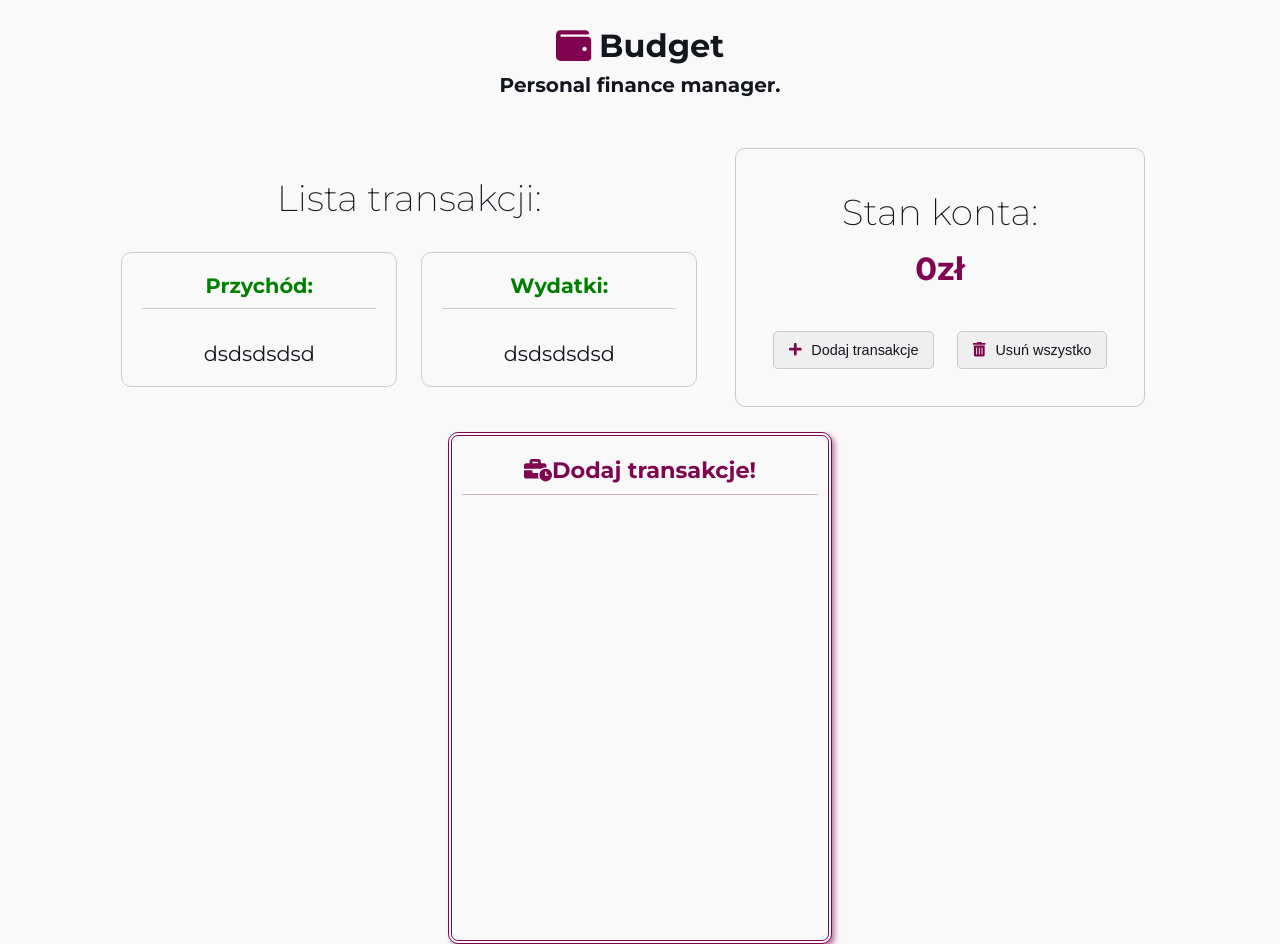
Repository: KrzysKolo/sr_tydzien4_zad4
Page: /
An editor plug-in stored every save of this project. The page is shown before and after the next save, followed by the edit.
The browser window is 1280 px wide. The pictures show the whole page.
Some web libraries are served in a nearby version. The project was rebuilt for these pictures with package versions that can differ from the ones it lists, and the page was loaded fresh each time.

Above is the page before, as saved 2020-11-30 10:47:35.

### public/index.html
<!DOCTYPE html>
<html lang="en">
  <head>
    <meta charset="utf-8" />
    <link rel="icon" href="%PUBLIC_URL%/favicon.ico" />
    <meta name="viewport" content="width=device-width, initial-scale=1" />
    <meta name="theme-color" content="#000000" />
    <meta
      name="description"
      content="Web site created using create-react-app"
    />
    <link rel="apple-touch-icon" href="%PUBLIC_URL%/logo192.png" />
    <!--
      manifest.json provides metadata used when your web app is installed on a
      user's mobile device or desktop. See https://developers.google.com/web/fundamentals/web-app-manifest/
    -->
    <link rel="manifest" href="%PUBLIC_URL%/manifest.json" />
    <!--
      Notice the use of %PUBLIC_URL% in the tags above.
      It will be replaced with the URL of the `public` folder during the build.
      Only files inside the `public` folder can be referenced from the HTML.

      Unlike "/favicon.ico" or "favicon.ico", "%PUBLIC_URL%/favicon.ico" will
      work correctly both with client-side routing and a non-root public URL.
      Learn how to configure a non-root public URL by running `npm run build`.
    -->
    <link
      href="https://fonts.googleapis.com/css?family=Montserrat:200,400,700&display=swap&subset=latin-ext"
      rel="stylesheet"
    />
    <script
      src="https://kit.fontawesome.com/327a0d490c.js"
      crossorigin="anonymous"
    ></script>
    <title>Budget</title>
  </head>
  <body>
    <noscript>You need to enable JavaScript to run this app.</noscript>
    <div id="root"></div>
    <!--
      This HTML file is a template.
      If you open it directly in the browser, you will see an empty page.

      You can add webfonts, meta tags, or analytics to this file.
      The build step will place the bundled scripts into the <body> tag.

      To begin the development, run `npm start` or `yarn start`.
      To create a production bundle, use `npm run build` or `yarn build`.
    -->
  </body>
</html>

### src/App.js
import React from 'react';
import Budget from './components/Budget'

const App = () => {
  return (
    <>
      <Budget/>
    </>
  )
}

export default App;

### src/components/Budget.js
import React from 'react';
import Header from './budgetComponents/Header';
import Section from './budgetComponents/Section';
import SectionInfo from './budgetComponents/SectionInfo';
import H2 from './budgetComponents/sectionComponents/H2';
import Form from './budgetComponents/Form';
import styled, { createGlobalStyle } from 'styled-components';

const GlobalStyle = createGlobalStyle`
    * {
        padding: 0;
        margin: 0;
        box-sizing: border-box;
    }
    body {
        background-color: #f9f9f9;
        color: #14161f;
        font-family: "Montserrat", sans-serif;
        font-size: 16px;
        min-height: 100vh;
    }
    `;
const Container = styled.main`
    font-size: 1.5rem;
`;
const SectionContainer = styled.section`
    display: flex;
    flex-direction: row;
    justify-content: center;
    align-items: center;
`;
const SectionBudget = styled.section`
    display: flex;
    flex-direction: column;
    justify-content: center;
    align-items: center;
`;
const DivItems = styled.div`
    display: flex;
    flex-direction: row;
    justify-content: center;
    align-items: center;

`;
const Budget = () => {
    return (
        <>
            <GlobalStyle />
            <Container>
                <Header />
                <SectionContainer>
                    <SectionBudget>
                        <H2 title={"Lista transakcji"} />
                        <DivItems>
                            <Section title={"Przychód"} label={"p"}/>
                            <Section title={"Wydatki"}/>
                        </DivItems>
                    </SectionBudget>
                    <SectionInfo title={"Stan konta"}/>
                </SectionContainer>
            </Container>
            <Form />
        </>
    )
}

export default Budget;

### src/components/budgetComponents/Header.js
import React from 'react';
import styled from 'styled-components';
import { FontAwesomeIcon } from '@fortawesome/react-fontawesome';
import { faWallet } from '@fortawesome/free-solid-svg-icons';

const SectionHeader = styled.header`
    align-items: center;
    color: rgb(127, 5, 80);
    display: flex;
    font-size: 2.2rem;
    flex-direction: column;
    justify-content: center;
    padding: 2%;
`;
const DivHeader = styled.div`
    align-items: center;
    display: flex;
    flex-direction: row;
    justify-content: center;
    margin-bottom: 0.5rem;
`;
const H1Header = styled.h1`
    color: #14161f;
    font-size: 2rem;
    margin-left: .5rem;
`;
const H2Header = styled.h2`
    color: #14161f;
    font-size: 1.25rem;
`;
const Header = () => {
    return (
        <SectionHeader>
            <DivHeader>
                <FontAwesomeIcon icon={faWallet}/>
                <H1Header>Budget</H1Header>
            </DivHeader>
            <H2Header>Personal finance manager.</H2Header>
        </SectionHeader>
    )
}

export default Header;

### src/components/budgetComponents/Section.js
import React from 'react';
import H1 from './sectionComponents/H1';
import styled from 'styled-components';

const SectionWrapper = styled.section`
    border: 1px solid #ccc;
    border-radius: 10px;
    display: flex;
    flex-direction: column;
    font-size: 1.3rem;
    justify-content: center;
    align-items: center;
    margin: 2%;
    padding: 20px;
    width: 300px;
`;
const Section = ({ title, label }) => {
    return (
        <SectionWrapper>
           <H1 title={title} label={label}> </H1>
           <p>dsdsdsdsd</p>
        </SectionWrapper>
    )
}

export default Section;

### src/components/budgetComponents/SectionInfo.js
import React from 'react';
import H2 from './sectionComponents/H2';
import P from './sectionComponents/P';
import Button from './../budgetComponents/buttons/Button';
import styled from 'styled-components';
import { FontAwesomeIcon } from '@fortawesome/react-fontawesome';
import { faEllipsisV, faHeart, faPlus,  faTrashAlt, faShareAlt, faAngleDown } from '@fortawesome/free-solid-svg-icons';
const SectionWrapper = styled.section`
    border: 1px solid #ccc;
    border-radius: 10px;
    display: flex;
    flex-direction: column;
    margin: 2vw;
    padding: 2%;
`;
const ButtonWrapper = styled.div`
    display: flex;
    flex-direction: row;
`;
const Section = ({ title }) => {
    return (
        <SectionWrapper>
           <H2 title={title}> </H2>
           <P />
           <ButtonWrapper>
                <Button title={"Dodaj transakcje"} icons={faPlus} type="submit"/>
                <Button title={"Usuń wszystko"} icons={faTrashAlt} type="submit"/>

           </ButtonWrapper>
        </SectionWrapper>
    )
}

export default Section;

### src/components/budgetComponents/sectionComponents/H2.js
import React from 'react'
import styled from 'styled-components';

const TitleH2 = styled.h2`
    font-weight: 200;
    margin: 2% auto;
    padding: 0.5rem;
`;

const H2 = ({title}) => {
    return (
        <TitleH2>
            {title}:
        </TitleH2>
    )
}

export default H2;

### src/components/budgetComponents/Form.js
import React from 'react';
import Header from './formComponents/Header';
import styled, { createGlobalStyle }from 'styled-components';
import { faBusinessTime} from '@fortawesome/free-solid-svg-icons';

const FormWrapper = styled.form`
    background-color: #f9f9f9;
    border: 4px double rgb(127, 5, 80);
    border-radius: 10px;
    box-shadow: 3px 3px 5px rgba(127, 5, 80, 0.5);
    color: rgb(127, 5, 80);
    height: 40vw;
    margin: 0 auto;
    padding: 10px;
    width: 30vw;
`;

const Form = () => {
    return (
        <FormWrapper>
            <Header icons={faBusinessTime} title={"Dodaj transakcje!"} />
        </FormWrapper>
    )
}

export default Form;

### src/components/budgetComponents/sectionComponents/H1.js
import React from 'react'
import styled from 'styled-components';

const TitleH1 = styled.h1`
    border-bottom: 1px solid #ccc;
    color: ${label => label ? 'green' : 'red'};
    margin-bottom: 2rem;
    padding-bottom: 10px;
    display: block;
    width: 100%;
    text-align: center;
`;

const H1 = ({title, label}) => {
    return (
        <TitleH1>
            {title}:
        </TitleH1>
    )
}

export default H1;

### src/components/budgetComponents/sectionComponents/P.js
import React from 'react';
import styled from 'styled-components';

const InfoP = styled.p`
    color: rgb(127, 5, 80);
    font-size: 2rem;
    font-weight: bold;
    width: 100%auto;
    text-align: center;
    padding-bottom: 2rem;
`;

const P = () => {
    return (
        <InfoP>
            0zł
        </InfoP>
    )
}

export default P;

### src/components/budgetComponents/buttons/Button.js
import React from 'react';
import styled from 'styled-components';
import { FontAwesomeIcon } from '@fortawesome/react-fontawesome';

const ButtonDiv = styled.button`
    border: 1px solid #ccc;
    border-radius: 5px;
    margin: 0.7rem;
    padding: 10px 15px;
    display: flex;
    flex-direction: row;
    color: rgb(127, 5, 80);
    font-size: 0.9rem;
    cursor: pointer;
    transition: 0.3s ease-in-out;
    &:hover {
        border: 1px solid rgba(127, 5, 80, 0.4);
        background-color:  #f9f9f9;
        color: rgba(127, 5, 80, 0.5);
    }
`;
const ButtonTitleDiv = styled.div`
    margin-left: 10px;
    color: #14161f;
`;
const Button = ({ title, icons }) => {
    return (
        <ButtonDiv>
            <FontAwesomeIcon icon={icons} />
            <ButtonTitleDiv>{title}</ButtonTitleDiv>
        </ButtonDiv>
    )
}

export default Button;

### src/components/budgetComponents/formComponents/Header.js
import React from 'react';
import styled from 'styled-components';
import { FontAwesomeIcon } from '@fortawesome/react-fontawesome';

const TitleH1 = styled.h1`
    border-bottom: 1px solid rgba(127, 5, 80, 0.3);
    font-size: 1.4rem;
    padding: 10px;
    text-align: center;
`;
const TitleDiv = styled.div`
    font-family: "Montserrat", sans-serif;
    font-size: 1.3rem;
    font-weight: 600;
`;
const Header = ({ title, icons } ) => {
    return (
        <TitleH1>
            <FontAwesomeIcon icon={icons}/>
            <>{title}</>
        </TitleH1>
    )
}

export default Header;

Loaded but not shown: src/index.js (common file); src/index.css (common file)

After the next save:
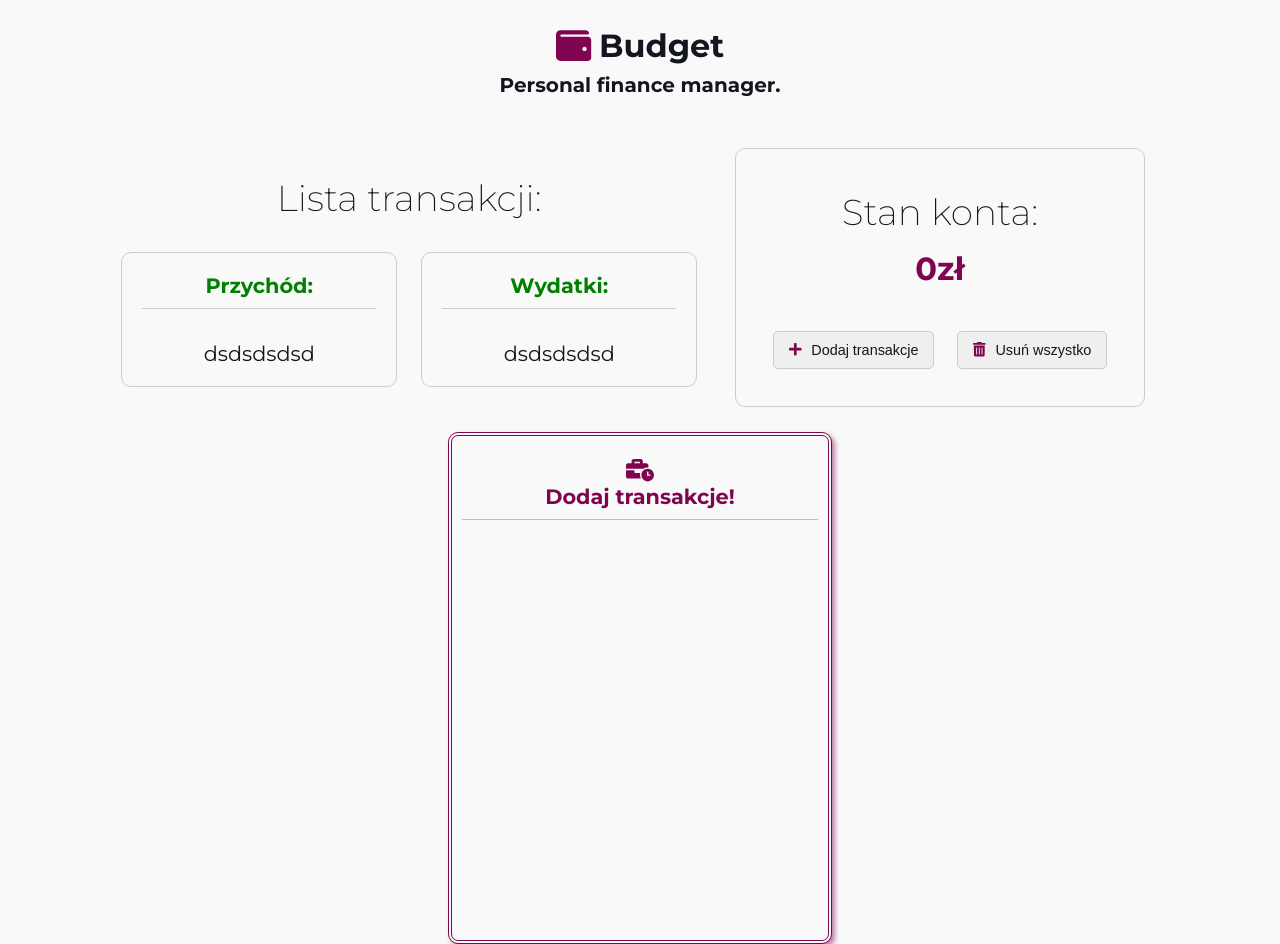
Saved 17 s later.
--- a/src/components/budgetComponents/formComponents/Header.js
+++ b/src/components/budgetComponents/formComponents/Header.js
@@ -17,7 +17,7 @@ const Header = ({ title, icons } ) => {
     return (
         <TitleH1>
             <FontAwesomeIcon icon={icons}/>
-            <>{title}</>
+            <TitleDiv>{title}</TitleDiv>
         </TitleH1>
     )
 }
